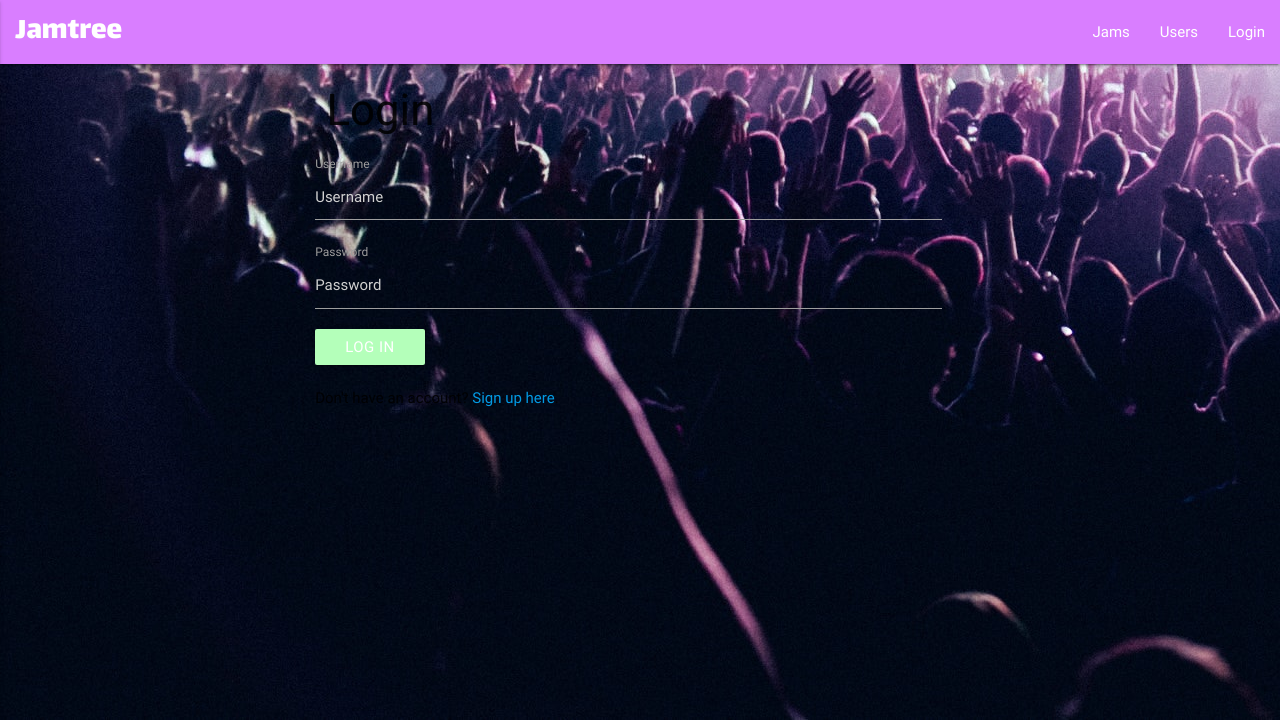
Repository: EdShackleton/milestone-project-3
Page: http://localhost/login
The author's editor kept a record of every edit. The page is drawn from the files as they stood at one moment, then again after the next edit.
The browser window is 1280 px wide. The pictures show the whole page.
Some web libraries are served in a nearby version. The page is served by the project's application, run on Flask 3 (app.py). Style sheets and scripts are compiled from the project's sources, by tool versions that may differ from the author's.

Above is the page before.

After the next edit:
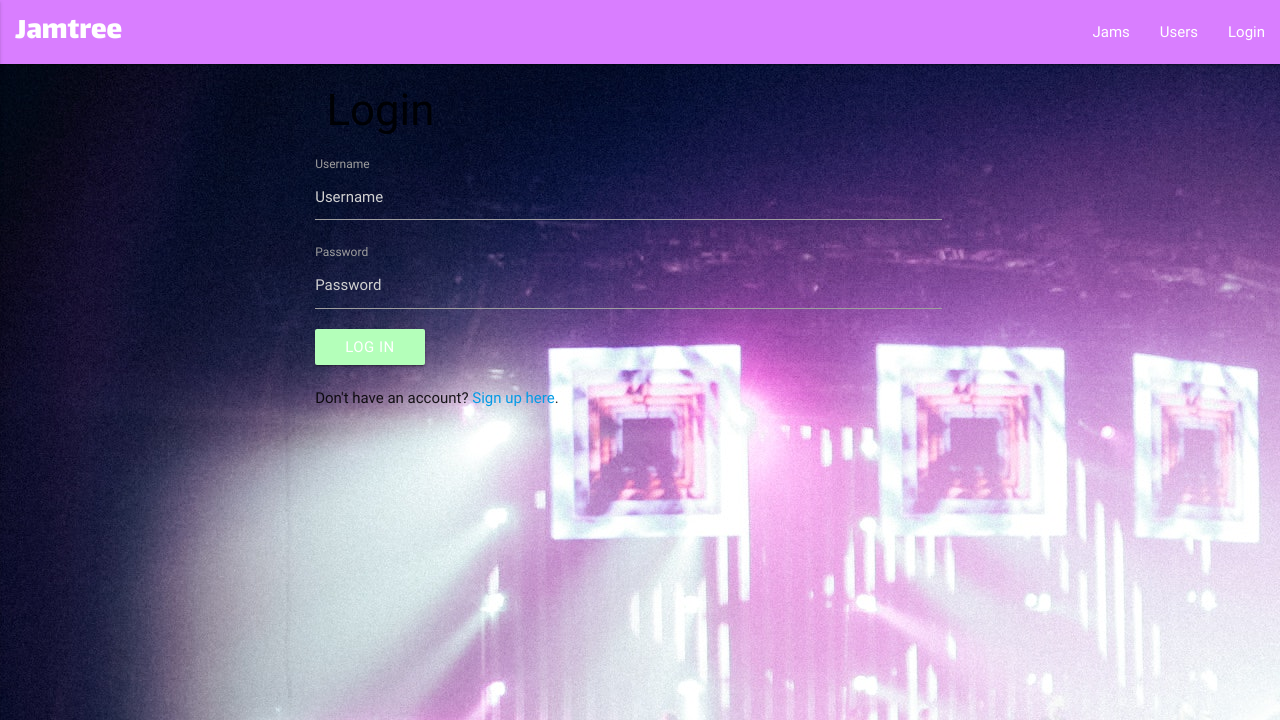
The edit:
--- a/static/css/style.sass
+++ b/static/css/style.sass
@@ -22,7 +22,7 @@
 
 
 body
-    background: url(/static/images/background-pic-purple.jpg) bottom left no-repeat
+    background: url(/static/images/background-pic-purple.jpg) top left no-repeat
     background-attachment: fixed
 
 .blank-background
